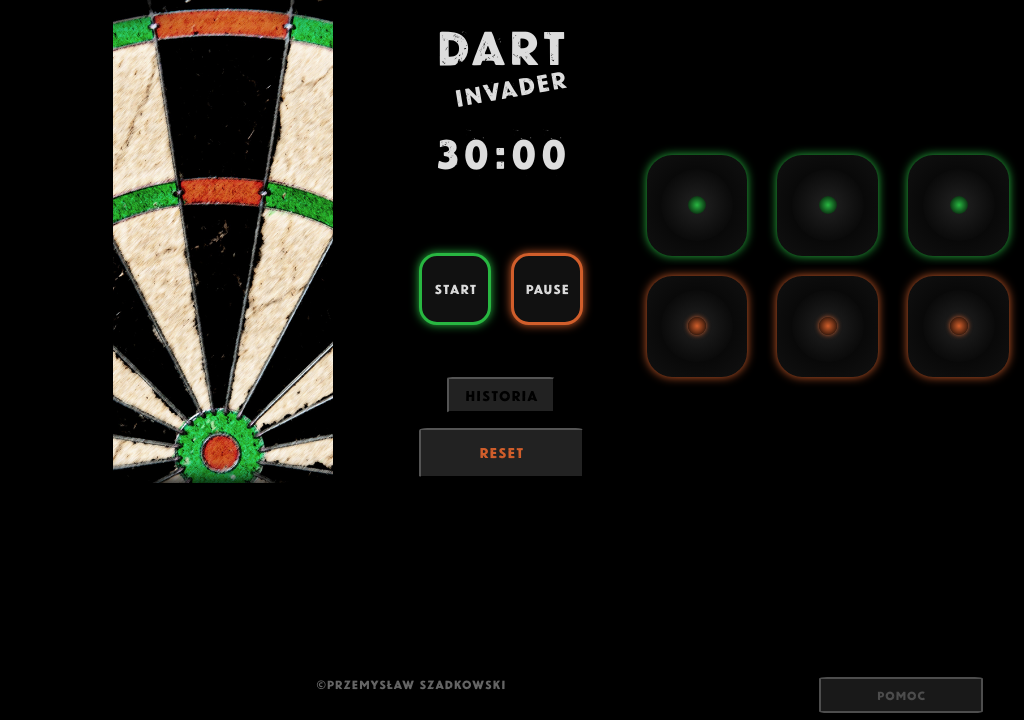
Repository: Przemek-Szadkowski/dart_invader
Page: index.html
The author's editor kept a copy of each file at every save. The page is drawn from the files as they stood at one save, then again after the next save.
The browser window is 1024 px wide. The pictures show the whole page.

Above is the page before, as saved 2021-10-03 16:26:19.

After the next save:
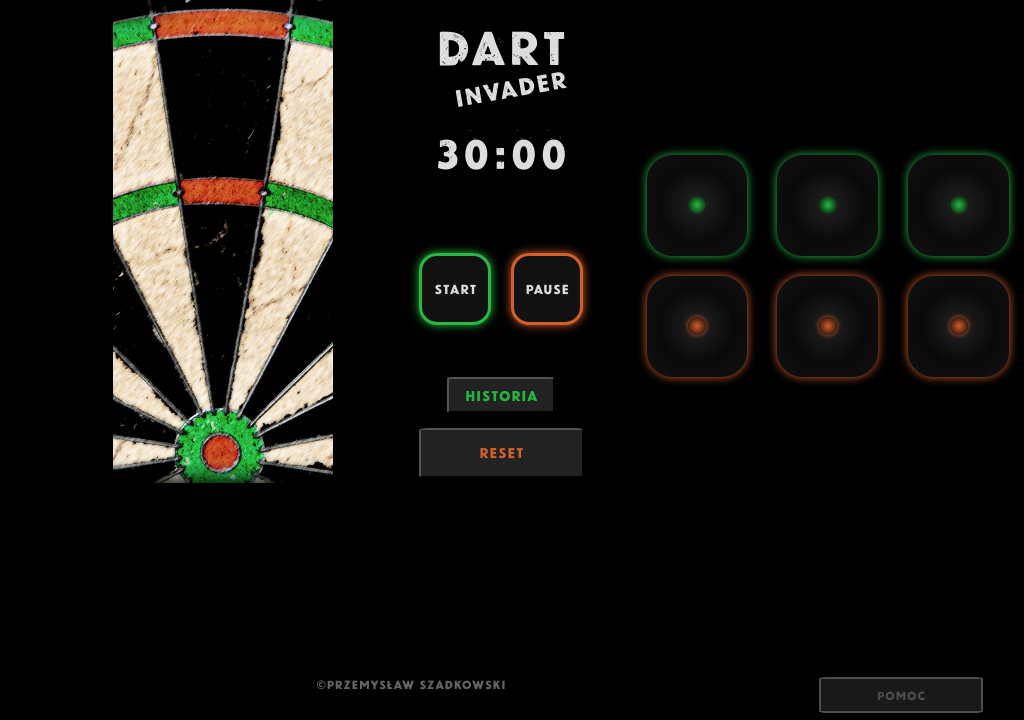
Saved 27 s later.
--- a/css/small.css
+++ b/css/small.css
@@ -167,7 +167,7 @@
   color: #d15e2b;
 }
 
-#history_button {
+.history_button {
   color: #28b741;
 }
 
@@ -176,12 +176,12 @@
   background-color: #333;
 }
 
-#history_button:hover {
+.history_button:hover {
   color: #20d410;
   background-color: #333;
 }
 
-#history_button:disabled {
+.history_button:disabled {
   background-color: #555;
   opacity: 0.2;
 }
@@ -557,7 +557,7 @@
   }
 
   #reset_button,
-  #history_button {
+  .history_button {
     width: 23vh;
     height: 7vh;
   }
